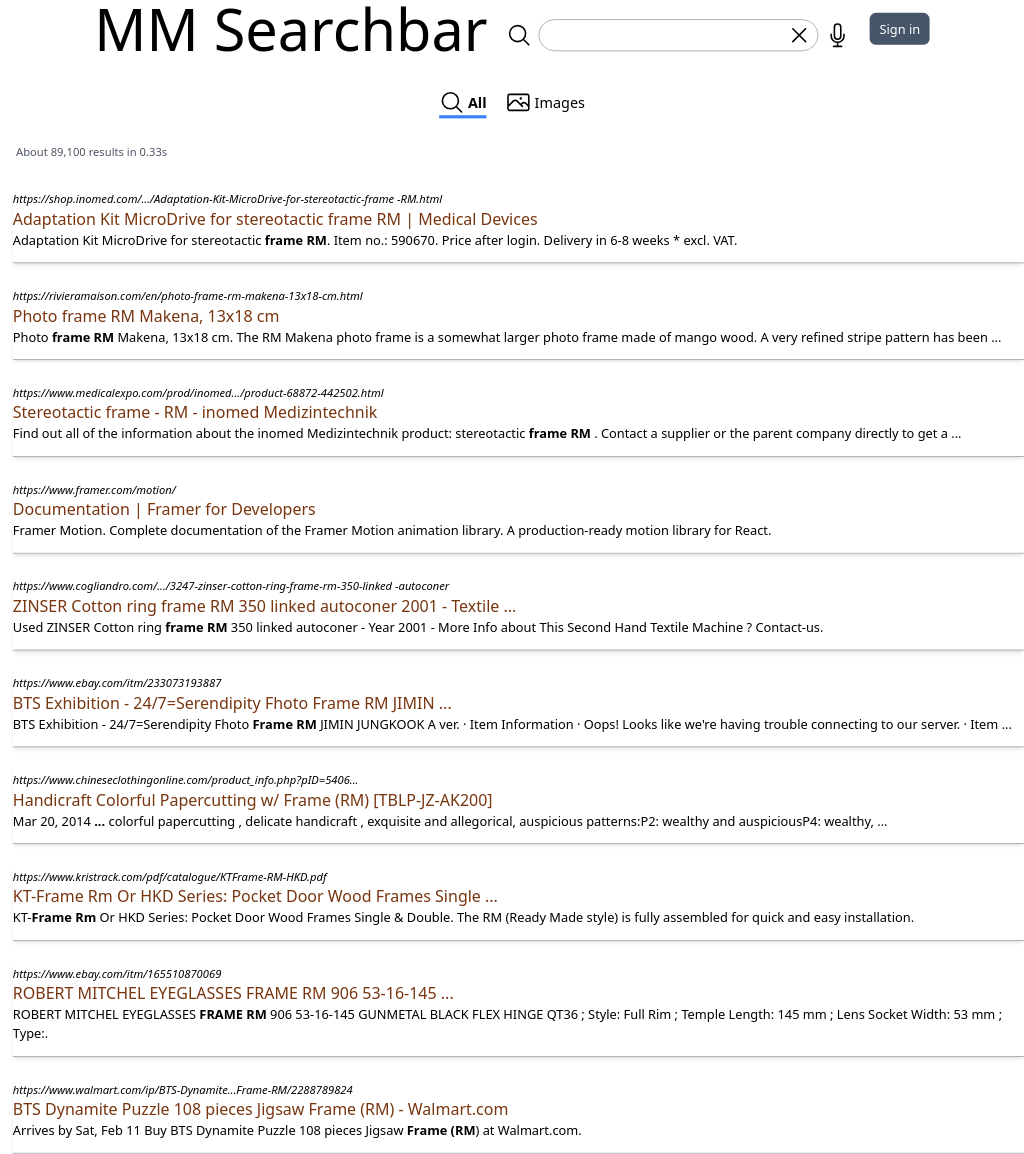
Repository: michalmilek/minigoogle
Page: /search
An editor plug-in stored every save of this project. The page is shown before and after the next save, followed by the edit.
The browser window is 1280 px wide. The pictures show the whole page, at 80% of full size.
The page's requests for data from a server got no answer. The project was rebuilt for these pictures with package versions that can differ from the ones it lists, and the page was loaded fresh each time. The framework's server and built-in components were replaced by stand-ins that run in the browser. No one was signed in, and anything a server would have sent is missing. Also part of the build but not shown: next.config.js, Response.ts.

Above is the page before, as saved 2023-02-14 02:03:44.

### pages/_app.tsx
import '@/styles/globals.css'
import type { AppProps } from 'next/app'
import { SessionProvider } from "next-auth/react";

export default function App({ Component, pageProps }: AppProps) {
  return (
    <SessionProvider
      // Provider options are not required but can be useful in situations where
      // you have a short session maxAge time. Shown here with default values.
      session={pageProps.session}>
      <Component {...pageProps} />
    </SessionProvider>
  );
}

### pages/search.tsx
import SearchHeader from "@/components/SearchHeader";
import Head from "next/head";
import React from "react";
import SearchOptions from "@/components/SearchOptions";
import { GetServerSideProps } from "next";
import Response from "@/Response";
import SearchResults from "@/components/SearchResults";
import { useRouter } from "next/router";

const search = ({ results }: any) => {
  console.log(results);
  const router = useRouter();
  return (
    <div className="flex flex-col">
      <Head>
        <title>Search page</title>
        <meta
          name="description"
          content="Generated by create next app"
        />
        <meta
          name="viewport"
          content="width=device-width, initial-scale=1"
        />
        <link
          rel="icon"
          href="/favicon.ico"
        />
      </Head>

      <SearchHeader />
      <SearchOptions />
      <SearchResults results={results} />
    </div>
  );
};

export default search;

export async function getServerSideProps(ctx: any) {
  const mockData = true;
  const data = mockData
    ? Response
    : await fetch(
        `https://www.googleapis.com/customsearch/v1?key=${
          process.env.NEXT_PUBLIC_GOOGLE_API_KEY
        }&cx=${process.env.NEXT_PUBLIC_CONTEXT_KEY}&q=${ctx.query.term}${
          ctx.query.searchType === "image" ? "&searchType=image" : ""
        }`
      ).then((response) => response.json());

  return {
    props: {
      results: data,
    },
  };
}

### components/SearchHeader.tsx
import React, { FormEvent, useRef } from "react";
import {
  MagnifyingGlassIcon,
  MicrophoneIcon,
  XMarkIcon,
} from "@heroicons/react/24/outline";
import { useRouter } from "next/router";
import User from "./User";

const SearchHeader = () => {
  const router = useRouter();
  const inputSearchRef = useRef<HTMLInputElement>(null);

  const clearInput = () => {
    inputSearchRef.current!.value = "";
  };

  const search = (e: FormEvent) => {
    e.preventDefault();
    const term = inputSearchRef.current?.value;
    if (!term?.trim()) return;
    router.push(`/search?term=${term.trim()}&searchType=`);
  };

  return (
    <header className="sticky top-0 left-0 bg-white flex flex-row py-auto items-center justify-center gap-6 px-2 md:px-0">
      <h1 className="text-3xl lg:text-7xl">MM Searchbar</h1>
      <form
        onSubmit={search}
        className="flex items-center justify-center mt-4">
        <div className="flex flex-grow flex-shrink gap-2 items-center justify-center">
          <button type="submit">
            <MagnifyingGlassIcon className="h-8 cursor-pointer" />
          </button>
          <div className="relative flex justify-center items-center w-[90%] md:w-[350px]">
            <input
              type="text"
              defaultValue={router.query.term}
              ref={inputSearchRef}
              className="border transition-all outline-none ring-0 focus:drop-shadow-2xl  text-base w-[100%] h-[100%] px-4 py-2 border-gray-400 rounded-full"
            />
            <XMarkIcon
              onClick={() => clearInput()}
              className="cursor-pointer h-8 absolute top-[50%] right-2 translate-y-[-50%]"
            />
          </div>
          <MicrophoneIcon className="h-8 cursor-pointer" />
        </div>
      </form>
      <User />
    </header>
  );
};

export default SearchHeader;

### components/SearchOptions.tsx
import React, { useState } from "react";
import SearchOption from "./SearchOption";
import { MagnifyingGlassIcon, PhotoIcon } from "@heroicons/react/24/outline";
import { useRouter } from "next/router";

const SearchOptions = () => {
  const router = useRouter();
  const [selected, setSelected] = useState("All");
  return (
    <div className="flex gap-6 select-none w-full justify-center mt-10">
      <SearchOption
        title="All"
        Icon={MagnifyingGlassIcon}
        selected={selected}
        setSelected={setSelected}
      />
      <SearchOption
        title="Images"
        Icon={PhotoIcon}
        selected={selected}
        setSelected={setSelected}
      />
    </div>
  );
};

export default SearchOptions;

### components/SearchResults.tsx
import React from "react";
import Parser from "html-react-parser";

const SearchResults = ({ results }: any) => {
  return (
    <div className="w-screen mt-8">
      <p className="text-gray-600 text-sm pl-5 mb-9">
        About {results.searchInformation.formattedTotalResults} results in{" "}
        {results.searchInformation.formattedSearchTime}s
      </p>
      <div className="flex flex-col gap-7 pl-4">
        {results.items.map((result): any => (
          <div
            key={result.link}
            className="border-b pb-4 border-gray-400 shadow-md">
            <div className="group">
              <a
                className="truncate text-sm italic"
                href={result.link}>
                {result.formattedUrl}
              </a>
              <a href={result.link}>
                <h2 className="group-hover:underline truncate text-xl font-medium text-amber-900 decoration-amber-900">
                  {result.title}
                </h2>
              </a>
            </div>
            <p>{Parser(result.htmlSnippet)}</p>
          </div>
        ))}
      </div>
    </div>
  );
};

export default SearchResults;

### components/User.tsx
import React from "react";
import { useSession, signIn, signOut } from "next-auth/react";

const User = () => {
  const { data: session } = useSession();
  return (
    <>
      {session ? (
        <img
          onClick={() => signOut()}
          src={session.user?.image!}
          alt={session.user?.name!}
          className="h-[50px] w-[50px] object-cover rounded-full"
        />
      ) : (
        <button
          className="bg-slate-600 text-white px-3 py-2 rounded-lg"
          onClick={() => signIn()}>
          Sign in
        </button>
      )}
    </>
  );
};

export default User;

### components/SearchOption.tsx
import { type } from "os";
import React, {
  Dispatch,
  ForwardRefExoticComponent,
  SetStateAction,
  SVGProps,
  useRef,
} from "react";
import { MagnifyingGlassIcon, PhotoIcon } from "@heroicons/react/24/outline";
import { useRouter } from "next/router";

type props = {
  title: string;
  Icon: React.ForwardRefExoticComponent<
    React.SVGProps<SVGSVGElement> & {
      title?: string | undefined;
      titleId?: string | undefined;
    }
  >;
  selected: string;
  setSelected: Dispatch<SetStateAction<string>>;
};

const SearchOption = ({ title, Icon, selected, setSelected }: props) => {
  const router = useRouter();
  const divRef = useRef<HTMLDivElement>(null);

  const selectTab = (title: any) => {
    if (title === "All") {
      setSelected("All");
      router.push(`/search?term=${router.query.term}&type=all`);
    }
    if (title === "Images") {
      router.push(`/search?term=${router.query.term}&type=image`);
      setSelected("Images");
    }
  };
  return (
    <div
      onClick={() => selectTab(title)}
      ref={divRef}
      className={`flex flex-col md:flex-row ${
        selected === title
          ? "border-b-blue-500 font-bold"
          : "border-b-transparent"
      } transition-all border-b-4 md:gap-1 items-center justify-center`}>
      <Icon className="h-5 md:h-8" />
      <p className="md:text-lg">{title}</p>
    </div>
  );
};

export default SearchOption;

Loaded but not shown: pages/_document.tsx (common file); styles/globals.css (common file); tailwind.config.js (common file)

After the next save:
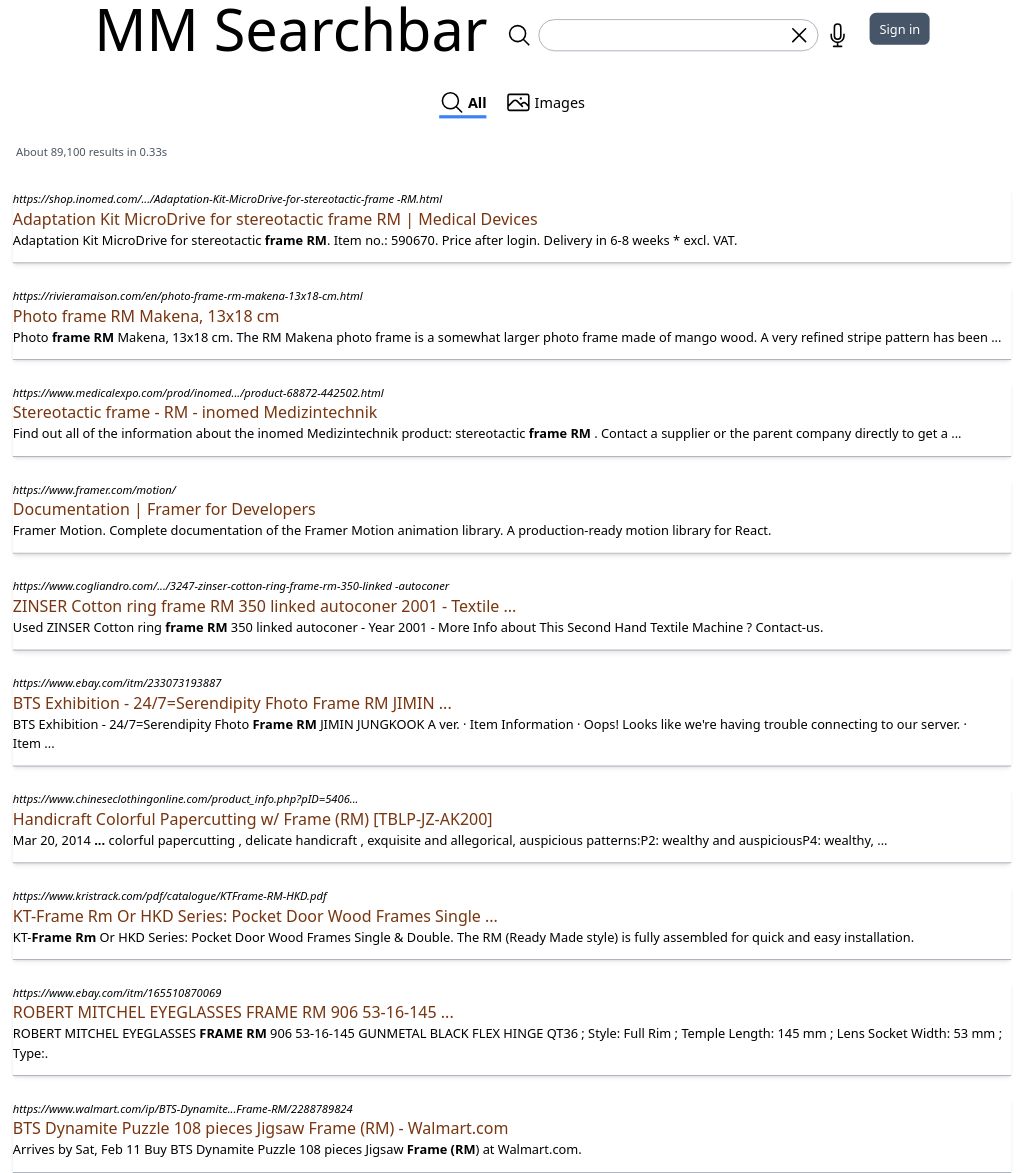
Saved 7 s later.
--- a/components/SearchResults.tsx
+++ b/components/SearchResults.tsx
@@ -8,7 +8,7 @@
         About {results.searchInformation.formattedTotalResults} results in{" "}
         {results.searchInformation.formattedSearchTime}s
       </p>
-      <div className="flex flex-col gap-7 pl-4">
+      <div className="flex flex-col gap-7 px-4">
         {results.items.map((result): any => (
           <div
             key={result.link}
